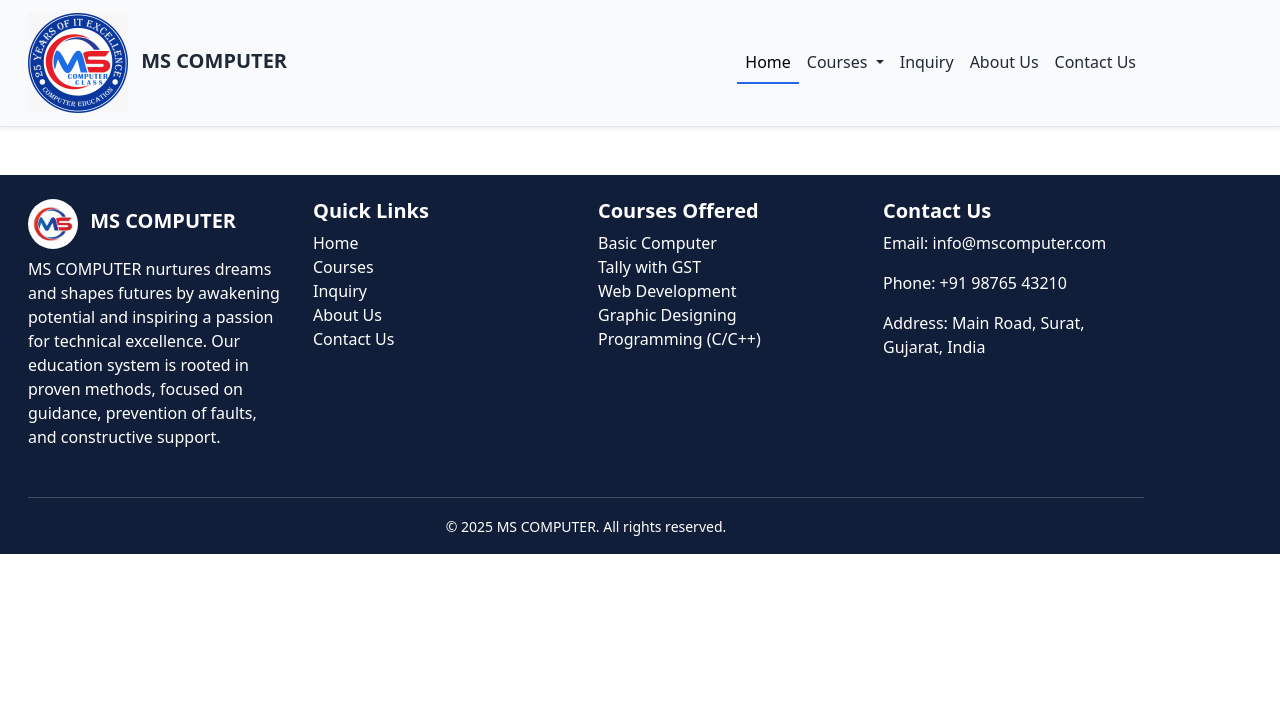
Repository: mscomputer2025/mscomputer
Page: http://localhost/
These files come from the project's save history. The page is drawn as it stood at one moment and after a run of saves; the edit follows.
The browser window is 1280 px wide. The pictures show the whole page.
The page is served by the project's Laravel application, run on PHP 8.4 with Laravel 12. Queries for data that is not in the repository find no rows.

Above is the page before, as saved 2025-07-01 11:09:45.

After the next 2 saves:
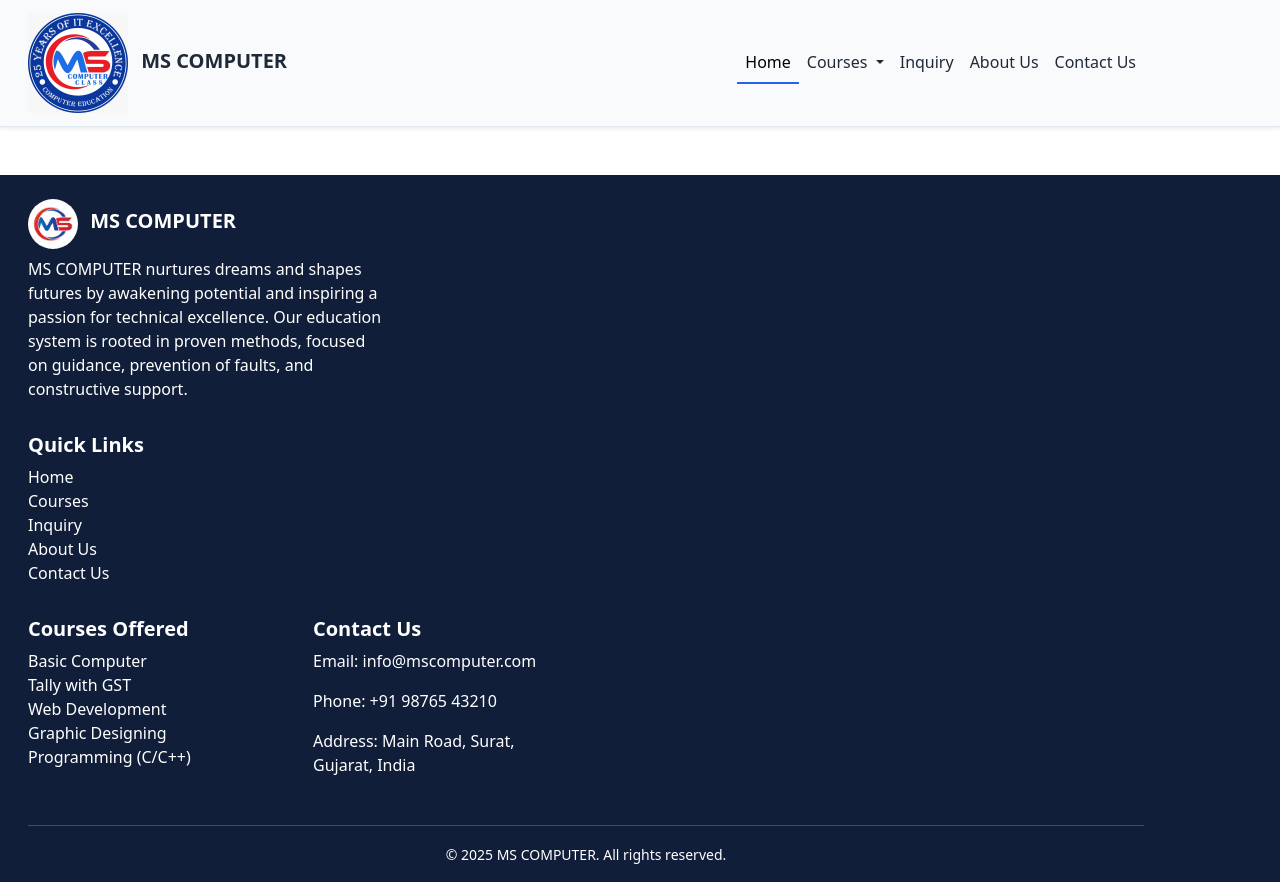
The 2 saves are shown as one change because they came seconds apart.
The last was saved 26 s later.
--- a/resources/views/master/footer.blade.php
+++ b/resources/views/master/footer.blade.php
@@ -2,7 +2,7 @@
     <div class="container mx-3">
         <div class="row">
             <!-- Institute Info -->
-            <div class="col-md-3 mb-3">
+            <div class="col-md-4 mb-3">
                 <a class="navbar-brand" href="#">
                     <img src="{{ asset('footerlogo.jpg') }}" alt="Institute Logo" width="50" height="70"
                         class="img-fluid rounded-circle me-2">
@@ -16,7 +16,7 @@
             </div>
 
             <!-- Quick Links -->
-            <div class="col-md-3 mb-3">
+            <div class="col-md- mb-3">
                 <h5 class="fw-bold">Quick Links</h5>
                 <ul class="list-unstyled">
                     <li><a href="#" class="text-white text-decoration-none">Home</a></li>
